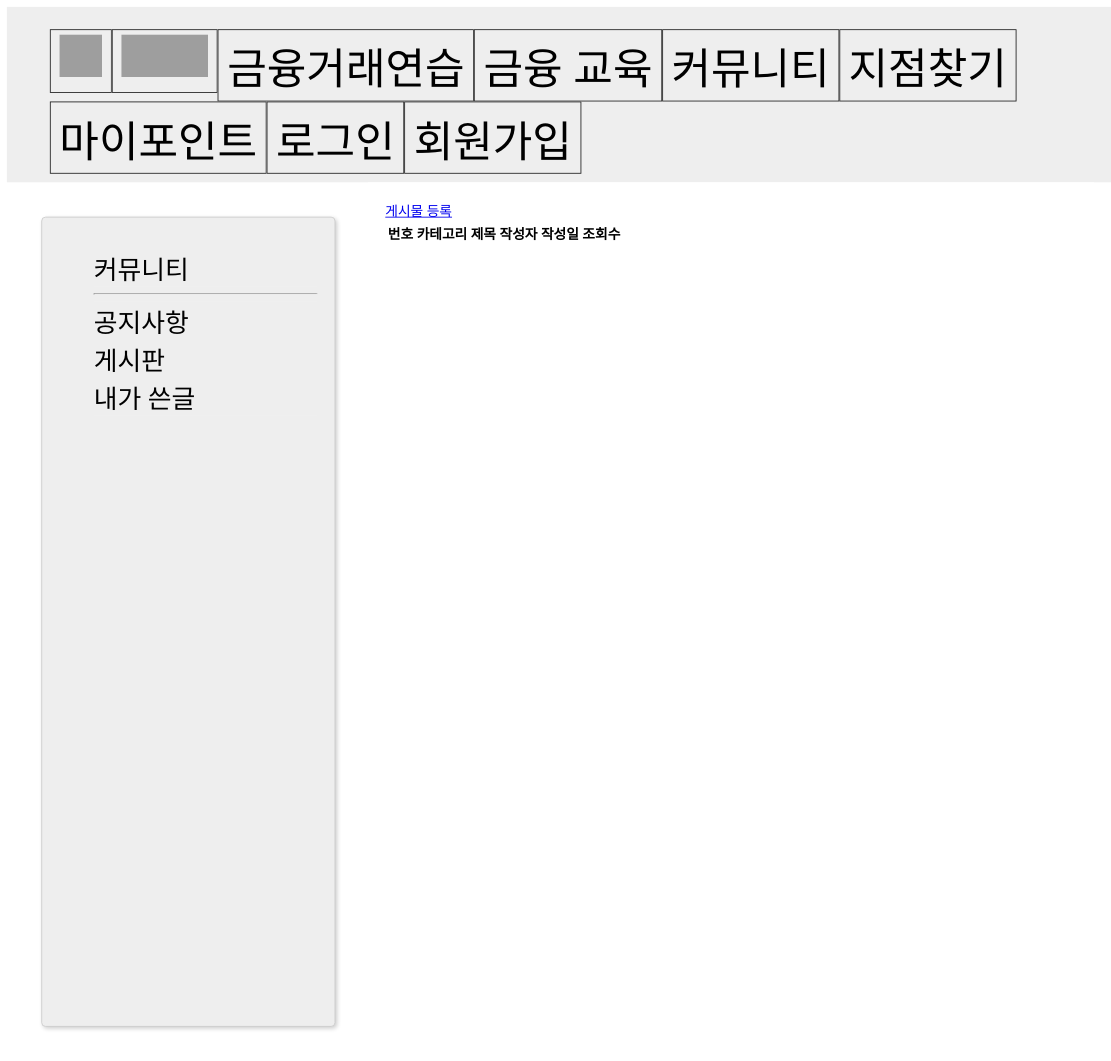
Repository: syc98syc/KB04_TeamProject
Page: http://localhost/jgig/WEB-INF/jsp/board/list.jsp
The author's editor kept a copy of each file at every save. The page is drawn from the files as they stood at one save, then again after the next save.
The browser window is 1280 px wide. The page is 1292 px wide, so the pictures cover 1292 px, including what lies to the right of the window. The pictures show the whole page, at 86% of full size.
Pictures or frames that could not be fetched are drawn as grey boxes. The page is served by Tomcat 9. Nobody is signed in. The template is opened directly, without the code that normally fills it, so the values that code supplies are empty.

Above is the page before, as saved 2023-09-06 05:25:38.

After the next save:
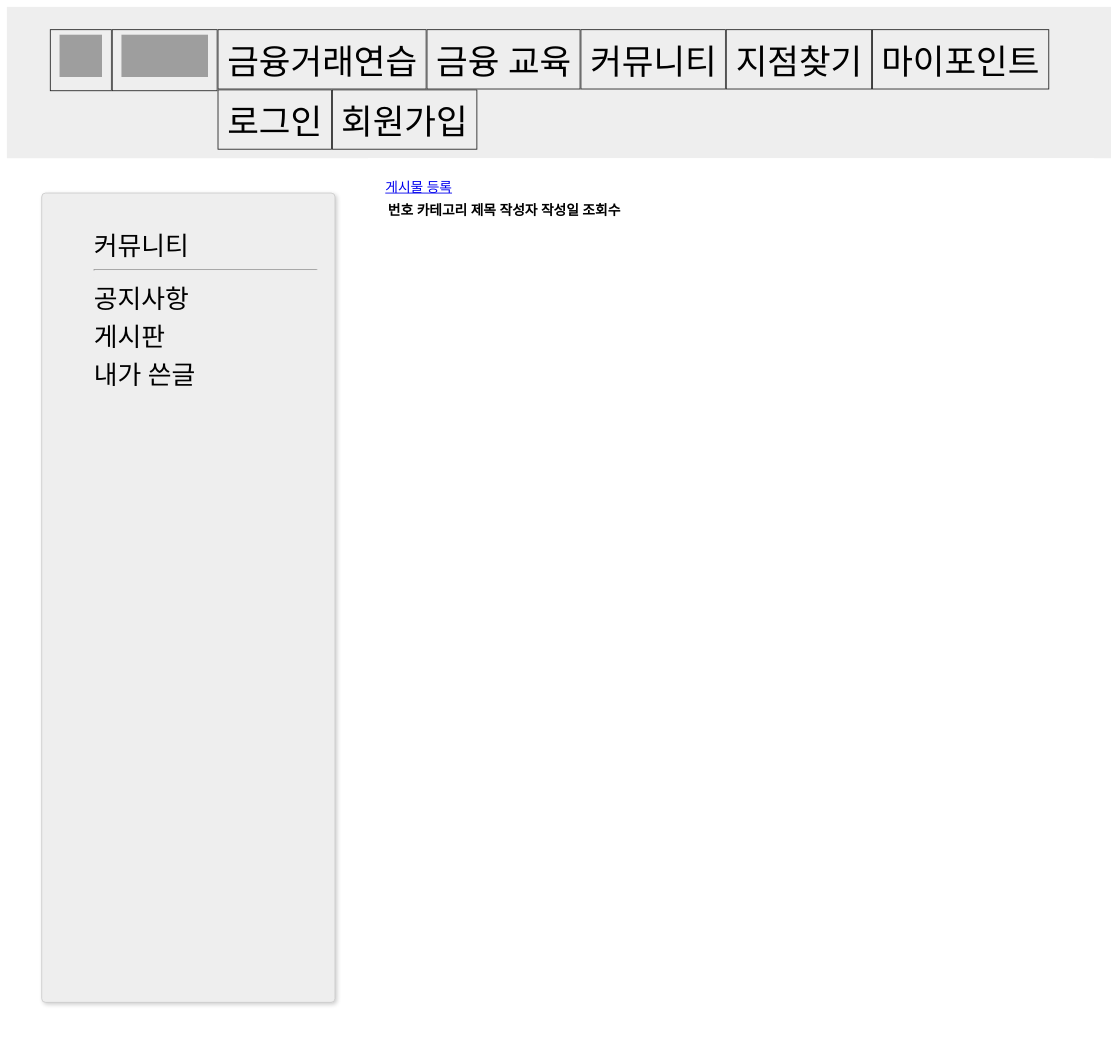
Saved 8 s later.
--- a/jgig/src/main/webapp/WEB-INF/jsp/include/top_navbar.jsp
+++ b/jgig/src/main/webapp/WEB-INF/jsp/include/top_navbar.jsp
@@ -40,7 +40,7 @@
 		float: left;
 		background: #eee;
 		padding:5px 10px;
-		font-size: 50px;
+		font-size: 40px;
 
             border: 1px solid #222;
 	}
